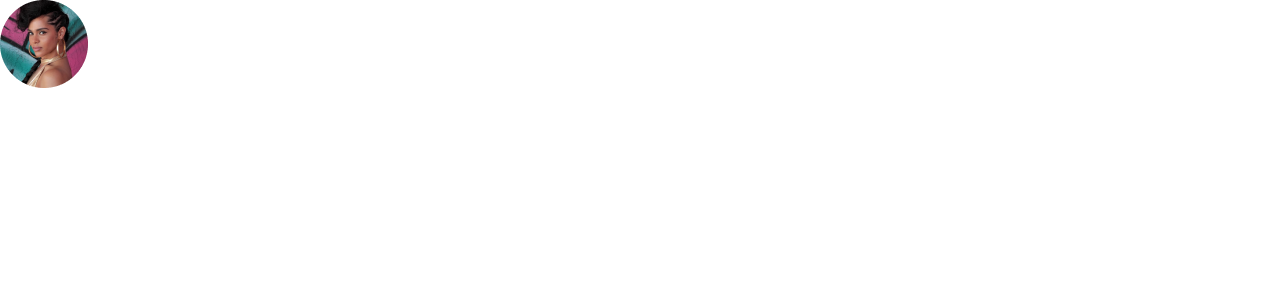
Repository: uh-sman/Zuri-task-one
Page: /
The author's editor kept a copy of each file at every save. The page is drawn from the files as they stood at one save, then again after the next save.
The browser window is 1280 px wide. The pictures show the whole page.
The project was rebuilt for these pictures with package versions that can differ from the ones it lists, and the page was loaded fresh each time.

Above is the page before, as saved 2022-10-23 17:55:00.

### src/App.js
import "./App.css";
import Home from "./Components/Home";

function App() {
  return (
    <div className="App">
      <Home />
    </div>
  );
}

export default App;

### src/Components/Home.js
import React from "react";

import Dashboard from "./Dashboard";
const Home = () => {
  return (
    <div>
      <Dashboard />
    </div>
  );
};

export default Home;

### src/Components/Dashboard.js
import React from "react";
import profile from "./assets/profile.png";
import "./dashboard.css";
const Dashboard = () => {
  return (
    <div>
      <div>
        <img className="image" src={profile} />
      </div>
    </div>
  );
};

export default Dashboard;

### src/Components/dashboard.css
.dashboard-container {
  background-color: red;
  width: 100px;
  height: 100px;
}
.image {
}

Loaded but not shown: public/index.html (common file); src/index.js (common file); src/index.css (common file); src/reportWebVitals.js (common file); src/App.css (common file)

After the next save:
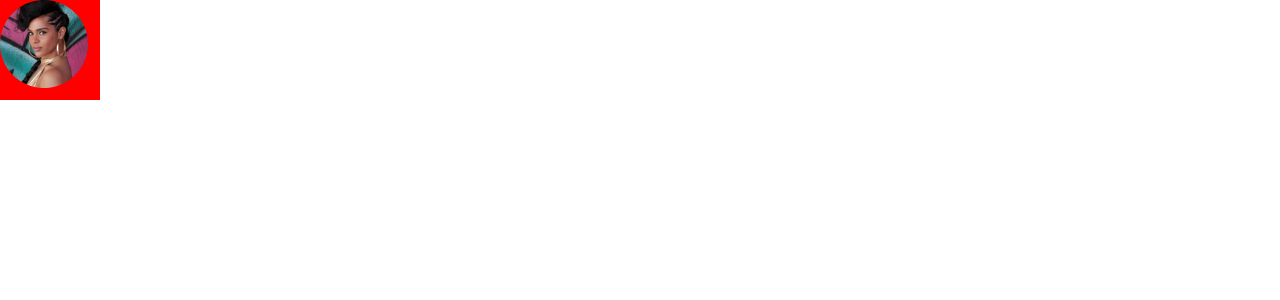
Saved 20 s later.
--- a/src/Components/Dashboard.js
+++ b/src/Components/Dashboard.js
@@ -3,7 +3,7 @@ import profile from "./assets/profile.png";
 import "./dashboard.css";
 const Dashboard = () => {
   return (
-    <div>
+    <div className="dashboard-container">
       <div>
         <img className="image" src={profile} />
       </div>
